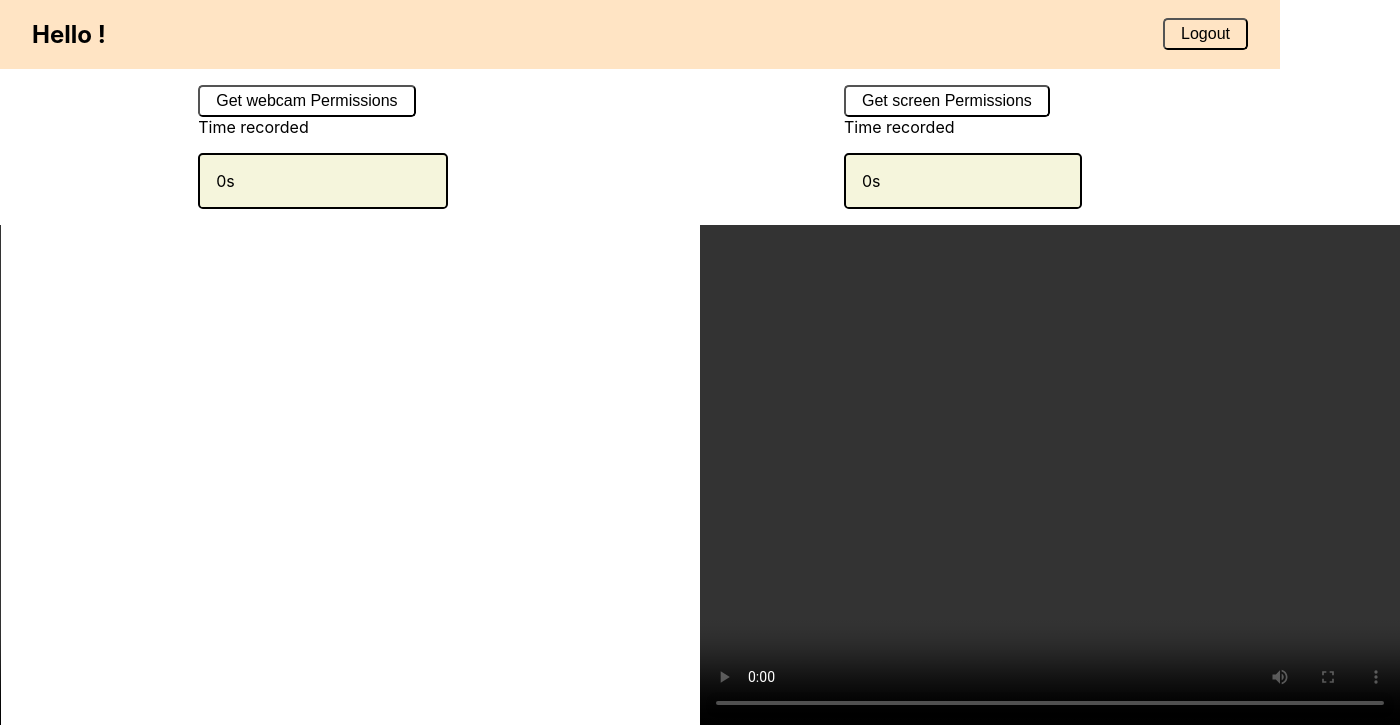
Repository: drumsmanku/test-1
Page: /recording (app in client/)
These files come from the project's save history. The page is drawn as it stood at one moment and after the next save; the edit follows.
The browser window is 1280 px wide. The page is 1400 px wide, so the pictures cover 1400 px, including what lies to the right of the window. The pictures show the whole page.
The project was rebuilt for these pictures with package versions that can differ from the ones it lists, and the page was loaded fresh each time. Also part of the build but not shown: client/src/App.css, client/src/Components/Login/Login.module.css, client/src/Components/Login/Login.js, client/src/Components/Register/Register.module.css, client/src/Components/Register/Register.js.

Above is the page before, as saved 2023-09-01 15:17:07.

After the next save:
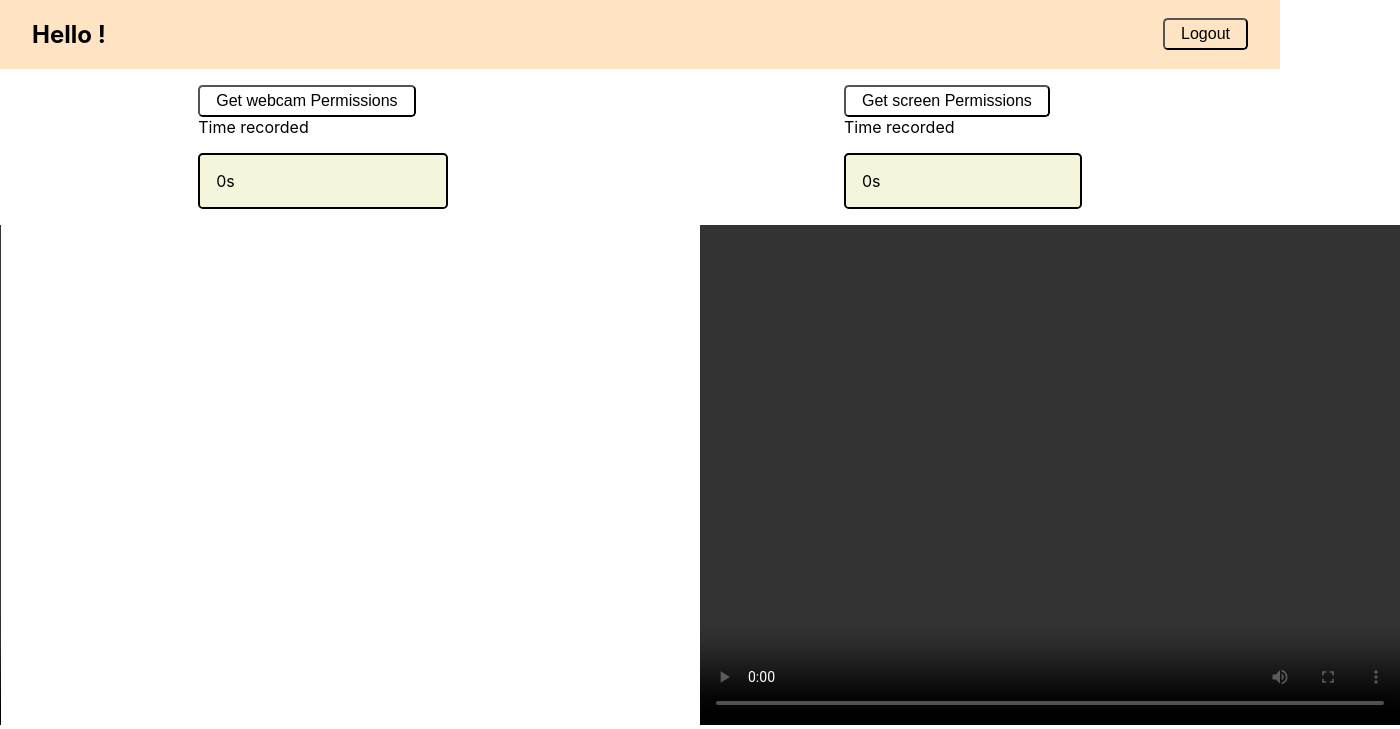
Saved 21 s later.
--- a/client/src/Components/Recording/Recording.js
+++ b/client/src/Components/Recording/Recording.js
@@ -170,7 +170,9 @@ const stopRecordingScreen = async () => {
 
       </div>
       <div style={{display:'flex', justifyContent:'space-around', width:'100%'}}>
-        <video height={500} width={700} id="videoPlayback" controls autoplay></video>
+        <span>
+          <video height={500} width={700} id="videoPlayback" controls autoplay></video>
+        </span>
         <video height={500} width={700} id="screenPlayback" controls autoplay></video>
       </div>
 
